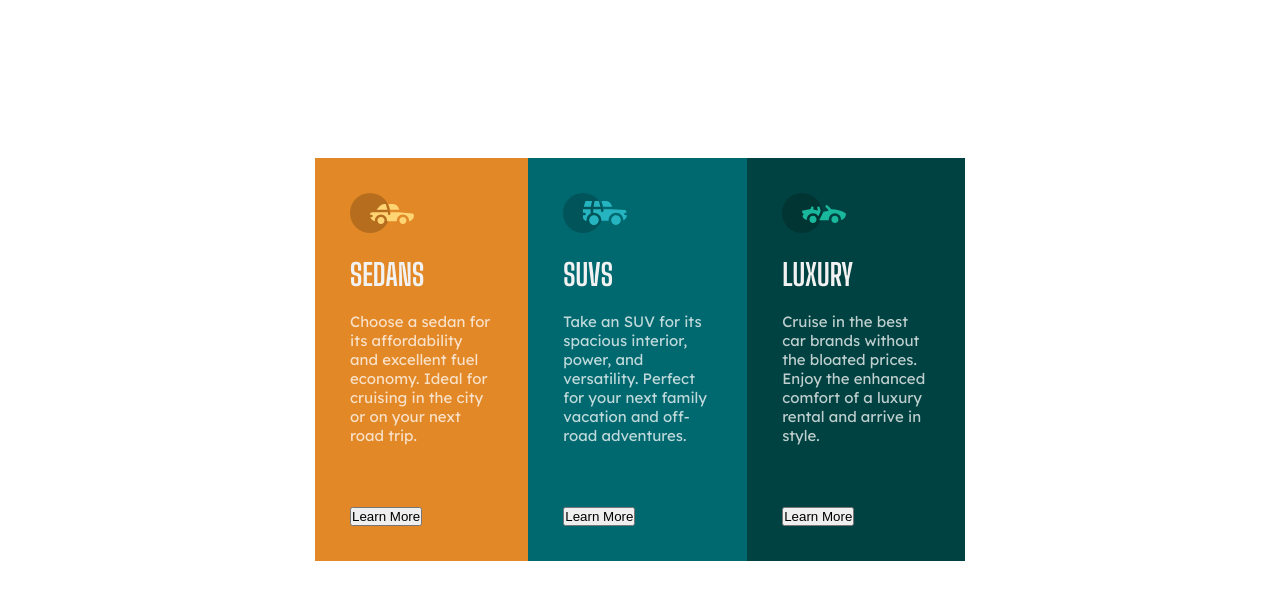
Repository: thaibaocoder1/3-column-card
Page: index.html
An editor plug-in stored every save of this project. The page is shown before and after the next save, followed by the edit.
The browser window is 1280 px wide. The pictures show the whole page.

Above is the page before, as saved 2023-01-11 20:58:27.

After the next save:
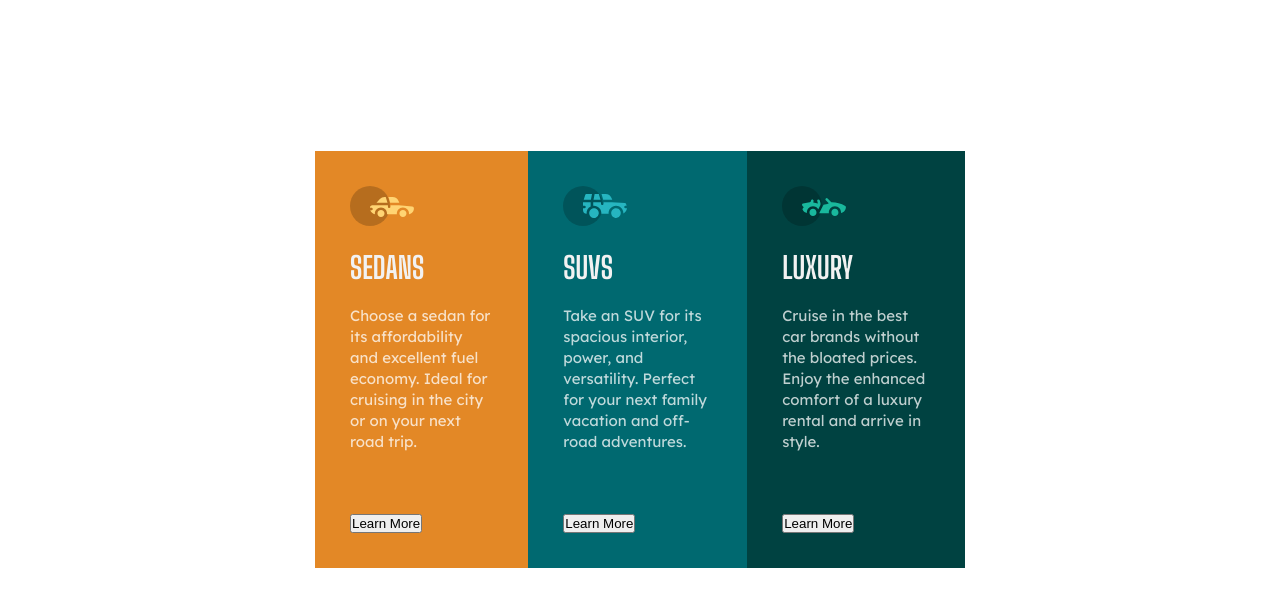
Saved 16 s later.
--- a/styles.css
+++ b/styles.css
@@ -55,4 +55,5 @@ body {
     color: var(--white-p);
     margin-bottom: 6.2rem;
     font-size: 1.5rem;
+    line-height: 1.4;
 }
